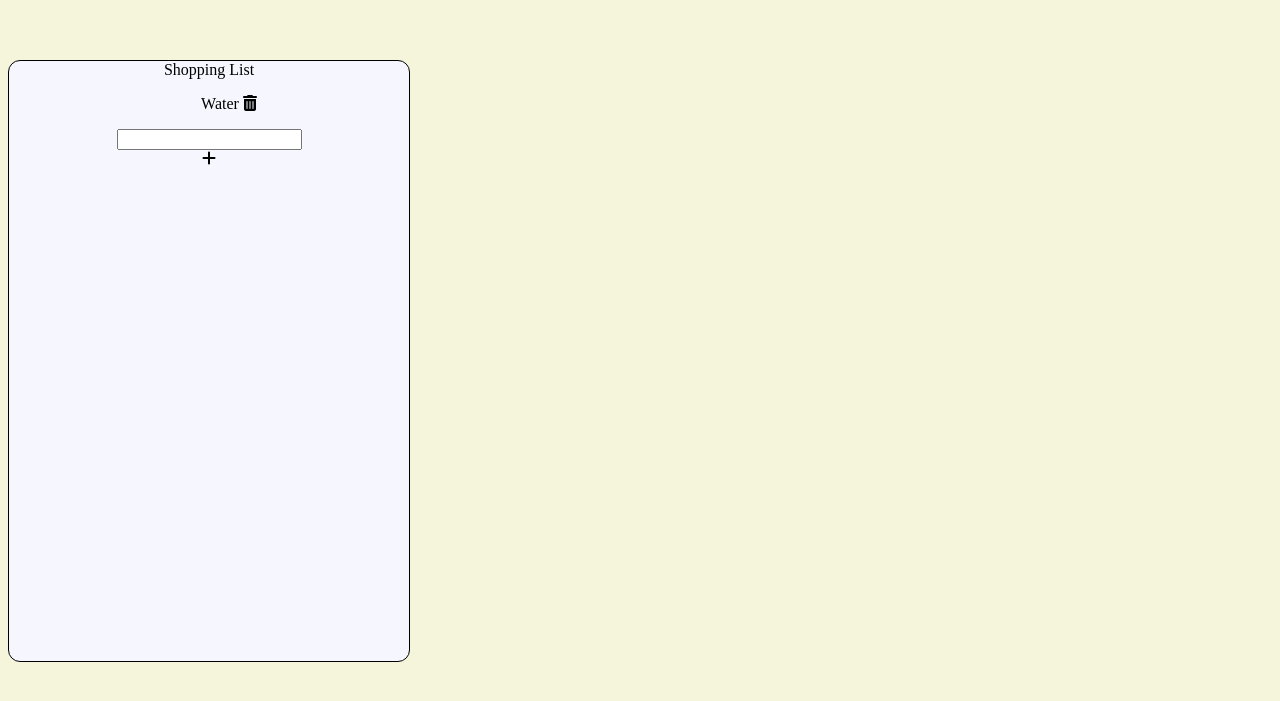
Repository: keehoonjung/Shopping-list
Page: index.html
An editor plug-in stored every save of this project. The page is shown before and after a run of saves, followed by the edit.
The browser window is 1280 px wide. The pictures show the whole page.
Some web libraries are served in a nearby version.

Above is the page before, as saved 2021-08-07 17:19:32.

### index.html
<!DOCTYPE html>
<html lang="en">
<head>
    <meta charset="UTF-8">
    <meta http-equiv="X-UA-Compatible" content="IE=edge">
    <meta name="viewport" content="width=device-width, initial-scale=1.0">
    <title>Shopping-list</title>
    <script src="main.js" defer></script>
    <link rel="stylesheet" href="style.css">
    <script src="https://kit.fontawesome.com/a7a8d59961.js" crossorigin="anonymous"></script>
</head>
<body>
    <div class="container">
        <div class="header">
            Shopping List
        </div>
        <section class="main">
            <ul>
                <li>
                    <span> Water </span>
                    <i class="fas fa-trash-alt"></i>
                </li>
            </ul>
        </section>
        <input type="text" class="input_text">
        <div class="footer">
            <i class="fas fa-plus"></i>
        </div>
    </div>
</body>
</html>

### style.css
body {
  background-color: beige;
  text-align: center;
}

li {
  list-style: none;
}

.container {
  margin-top: 60px;
  background-color: rgb(246, 246, 255);
  height: 600px;
  width: 400px;
  border: 1px solid;
  border-radius: 12px;
}

Loaded but not shown: main.js (no stored copy; drawn as an empty file)

After the next 2 saves:
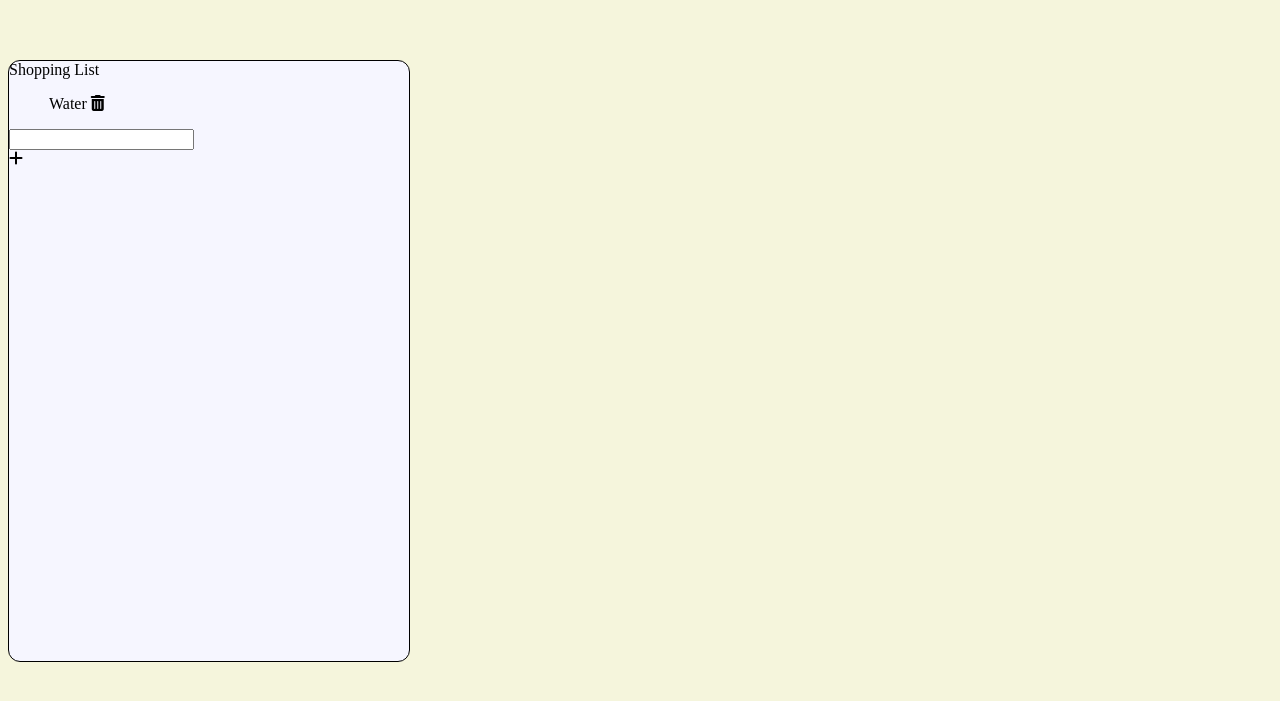
The 2 saves are shown as one change because they came seconds apart.
The last was saved 11 s later.
--- a/style.css
+++ b/style.css
@@ -1,6 +1,5 @@
 body {
   background-color: beige;
-  text-align: center;
 }
 
 li {
@@ -14,4 +13,5 @@
   width: 400px;
   border: 1px solid;
   border-radius: 12px;
+  left: 50%;
 }

After the save that followed:
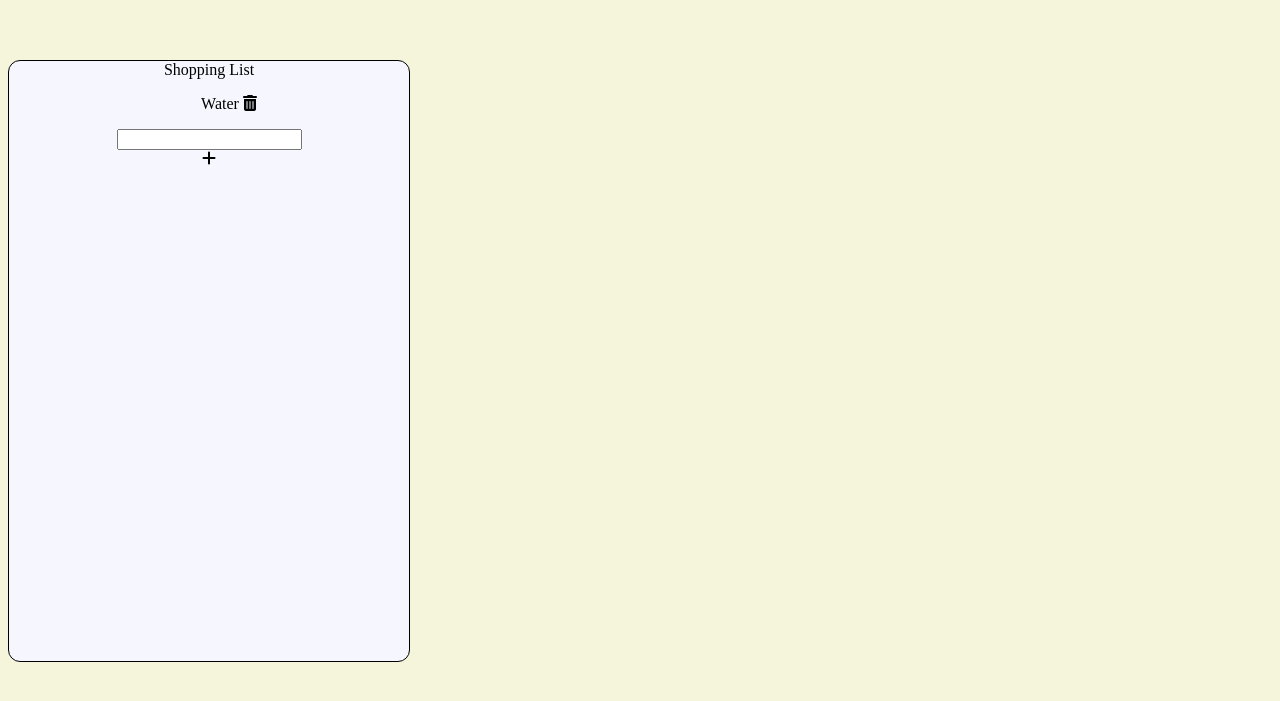
Saved 8 s later.
--- a/style.css
+++ b/style.css
@@ -13,5 +13,6 @@
   width: 400px;
   border: 1px solid;
   border-radius: 12px;
+  text-align: center;
   left: 50%;
 }
